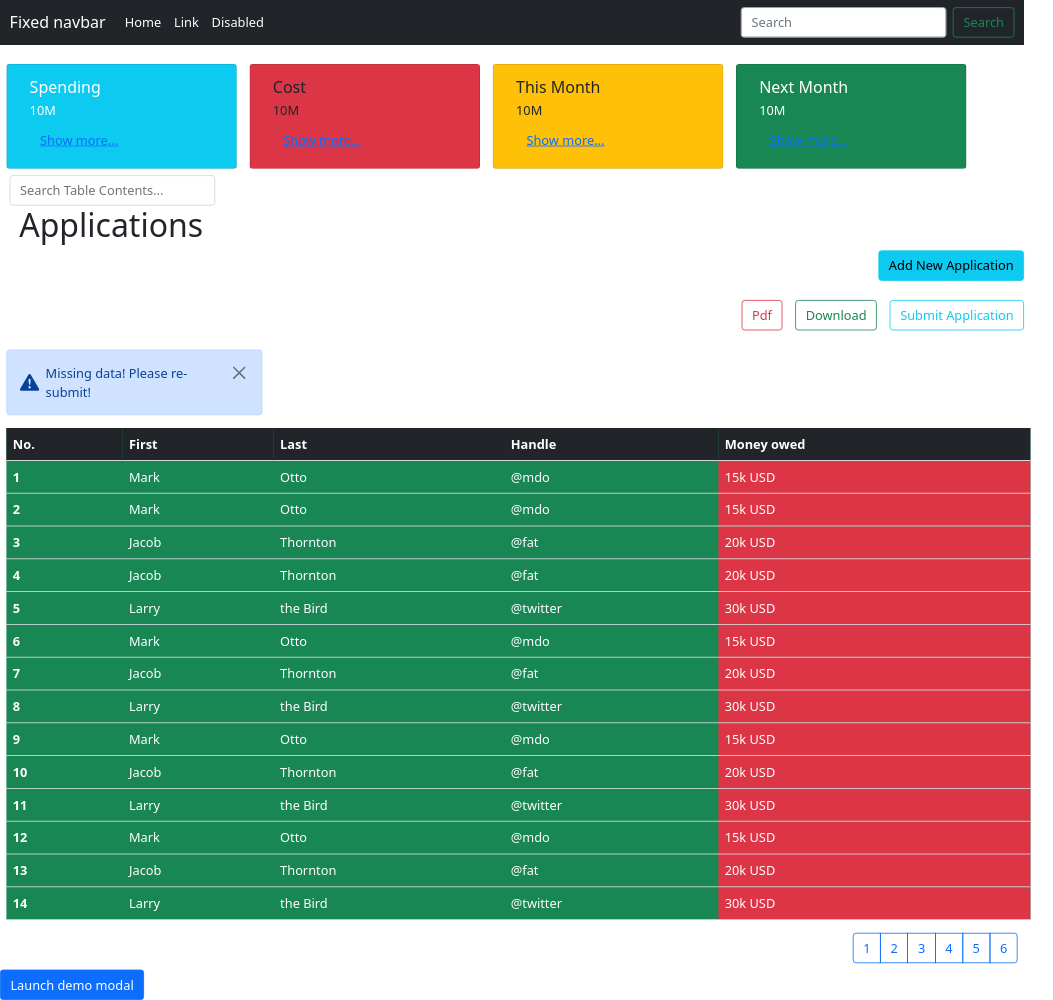
Repository: Dayvid0/BOOTSTRAP-TUTORIALS
Page: BOOTSTRAP-GRID-LAYOUTS/zylo.html
An editor plug-in stored every save of this project. The page is shown before and after the next save, followed by the edit.
The browser window is 1280 px wide. The page is 1316 px wide, so the pictures cover 1316 px, including what lies to the right of the window. The pictures show the whole page, at 80% of full size.

Above is the page before, as saved 2025-02-01 12:22:49.

### BOOTSTRAP-GRID-LAYOUTS/zylo.html
<!doctype html>
<html lang="en">
  <head>
    <!-- Required meta tags -->
    <meta charset="utf-8">
    <meta name="viewport" content="width=device-width, initial-scale=1">
    <!-- Bootstrap CSS -->
    <link href="https://cdn.jsdelivr.net/npm/bootstrap@5.0.2/dist/css/bootstrap.min.css" rel="stylesheet" integrity="sha384-EVSTQN3/azprG1Anm3QDgpJLIm9Nao0Yz1ztcQTwFspd3yD65VohhpuuCOmLASjC" crossorigin="anonymous">
    <title>ZYLO</title>
    <style>
      body {
      min-height: 75rem;
      padding-top: 4.5rem;
}
    </style>
  </head>
  <body>
    <div class="container-fluid">
      <div class="row">
          <div class="card m-2 col-md-3 bg-info text-white" style="width: 18rem;">
              <div class="card-body">
                  <h5 class="card-title">Spending</h5>
                  <h6>10M</h6>
                  <a href="#" class="btn btn-link" data-bs-toggle="collapse" data-bs-target="#showSpending">
                      Show more...
                  </a>
              </div>
      <!-- Collapsible Message -->
      <div class="collapse bg-warning p-2" id="showSpending">
          Div showing Spending
      </div>
  </div>
        <div class="card m-2 col-md-3 bg-danger" style="width: 18rem;">
          <div class="card-body">
            <h5 class="card-title">Cost</h5>
            <h6>10M</h6>
            <a href="#" class="btn btn-link" data-bs-toggle="collapse" data-bs-target="#showCost">
              Show more...
          </a>
          </div>
        </div>
          <!-- Collapsible Message -->
      <div class="collapse bg-warning p-2" id="showCost">
        Div showing Spending
    </div>
        <div class="card m-2 col-md-3 bg-warning" style="width: 18rem;">
          <div class="card-body">
            <h5 class="card-title">This Month</h5>
            <h6>10M</h6>
            <a href="#" class="btn btn-link" data-bs-toggle="collapse" data-bs-target="#showThismonth">
              Show more...
          </a>
          </div>
        </div>
        <!-- Collapsible Message -->
      <div class="collapse bg-warning p-2" id="showThismonth">
        Div showing Spending
    </div>
        <div class="card m-2 col-md-3 bg-success text-white" style="width: 18rem;">
          <div class="card-body">
            <h5 class="card-title">Next Month</h5>
            <h6>10M</h6>
            <a href="#" class="btn btn-link" data-bs-toggle="collapse" data-bs-target="#showNextmonth">
              Show more...
          </a>
          </div>
        </div>
        <!-- Collapsible Message -->
      <div class="collapse bg-warning p-2" id="showNextmonth">
        Div showing Spending
    </div>
      </div>
    </div>
    <nav class="navbar navbar-expand-md navbar-dark fixed-top bg-dark">
      <div class="container-fluid">
        <a class="navbar-brand" href="#">Fixed navbar</a>
        <button class="navbar-toggler" type="button" data-bs-toggle="collapse" data-bs-target="#navbarCollapse" aria-controls="navbarCollapse" aria-expanded="false" aria-label="Toggle navigation">
          <span class="navbar-toggler-icon"></span>
        </button>
        <div class="collapse navbar-collapse" id="navbarCollapse">
          <ul class="navbar-nav me-auto mb-2 mb-md-0">
            <li class="nav-item">
              <a class="nav-link active" aria-current="page" href="#">Home</a>
            </li>
            <li class="nav-item">
              <a class="nav-link active" href="#">Link</a>
            </li>
            <li class="nav-item">
              <a class="nav-link active" href="#" tabindex="-1" aria-disabled="true">Disabled</a>
            </li>
          </ul>
          <form class="d-flex">
            <input class="form-control me-2" type="search" placeholder="Search" aria-label="Search">
            <button class="btn btn-outline-success" type="submit">Search</button>
          </form>
        </div>
      </div>
    </nav>
      <div class="row  ">
        <input class="form-control  mx-4 w-auto " type="search" placeholder="Search Table Contents..." aria-label="Search">
        <h1 class="mx-4">Applications</h1>
      </div>
      <!--buttons-->
      <div class="col d-flex  justify-content-end pb-4">
            <button type="button" class="btn btn-info" data-bs-toggle="modal" data-bs-target="#exampleModal">
              Add New Application</button>
        </div>
      </div>
      <div class="col pb-4 d-flex gap-3 justify-content-end align-items ">
        <button type="button" class="btn btn-outline-danger">Pdf</button>
        <button type="button" class="btn btn-outline-success">Download</button>
        <button type="button" class="btn btn-outline-info">Submit Application</button>
      </div>
      <!--Alerts-->
      <div class="alert alert-primary d-flex align-items-left  w-25 mx-2" role="alert">
        <div class="d-flex align-items-center w-">
            <svg xmlns="http://www.w3.org/2000/svg" width="24" height="24" fill="currentColor" class="bi bi-exclamation-triangle-fill flex-shrink-0 me-2" viewBox="0 0 16 16" role="img" aria-label="Warning:">
                <path d="M8.982 1.566a1.13 1.13 0 0 0-1.96 0L.165 13.233c-.457.778.091 1.767.98 1.767h13.713c.889 0 1.438-.99.98-1.767L8.982 1.566zM8 5c.535 0 .954.462.9.995l-.35 3.507a.552.552 0 0 1-1.1 0L7.1 5.995A.905.905 0 0 1 8 5zm.002 6a1 1 0 1 1 0 2 1 1 0 0 1 0-2z"/>
            </svg>
            <div>
                Missing data! Please re-submit!
            </div>
        </div>
        <button type="button" class="btn-close ms-auto" data-bs-dismiss="alert" aria-label="Close"></button>
    </div>
      <!--End of alerts-->
    <table class="table table-hover mx-2 bg-success text-white">
      <thead class="bg-dark text-white">
        <tr >
          <th scope="col">No.</th>
          <th scope="col">First</th>
          <th scope="col">Last</th>
          <th scope="col">Handle</th>
          <th scope="col">Money owed</th>
        </tr>
      </thead>
      <tbody>
        <tr>
          <th scope="row">1</th>
          <td>Mark</td>
          <td>Otto</td>
          <td>@mdo</td>
          <td class="bg-danger">15k USD</td>
        </tr>
        <tr>
          <th scope="row">2</th>
          <td>Mark</td>
          <td>Otto</td>
          <td>@mdo</td>
          <td class="bg-danger">15k USD</td>
        </tr>
        <tr>
          <th scope="row">3</th>
          <td>Jacob</td>
          <td>Thornton</td>
          <td>@fat</td>
          <td class="bg-danger">20k USD</td>
        </tr>
        <tr>
          <tr>
            <th scope="row">4</th>
            <td>Jacob</td>
            <td>Thornton</td>
            <td>@fat</td>
            <td class="bg-danger">20k USD</td>
          </tr>
          <tr>
          <th scope="row">5</th>
          <td >Larry </td>
          <td>the Bird</td>
          <td>@twitter</td>
          <td class="bg-danger">30k USD</td>
        </tr>
        <tr>
          <th scope="row">6</th>
          <td>Mark</td>
          <td>Otto</td>
          <td>@mdo</td>
          <td class="bg-danger">15k USD</td>
        </tr>
        <tr>
          <th scope="row">7</th>
          <td>Jacob</td>
          <td>Thornton</td>
          <td>@fat</td>
          <td class="bg-danger">20k USD</td>
        </tr>
        <tr>
          <th scope="row">8</th>
          <td>Larry </td>
          <td>the Bird</td>
          <td>@twitter</td>
          <td class="bg-danger">30k USD</td>
        </tr>
        <tr>
          <th scope="row">9</th>
          <td>Mark</td>
          <td>Otto</td>
          <td>@mdo</td>
          <td class="bg-danger">15k USD</td>
        </tr>
        <tr>
          <th scope="row">10</th>
          <td>Jacob</td>
          <td>Thornton</td>
          <td>@fat</td>
          <td class="bg-danger">20k USD</td>
        </tr>
        <tr>
          <th scope="row">11</th>
          <td>Larry </td>
          <td>the Bird</td>
          <td>@twitter</td>
          <td class="bg-danger">30k USD</td>
        </tr>
        <tr>
          <th scope="row">12</th>
          <td>Mark</td>
          <td>Otto</td>
          <td>@mdo</td>
          <td class="bg-danger">15k USD</td>
        </tr>
        <tr>
          <th scope="row">13</th>
          <td>Jacob</td>
          <td>Thornton</td>
          <td>@fat</td>
          <td class="bg-danger">20k USD</td>
        </tr>
        <tr>
          <th scope="row">14</th>
          <td>Larry </td>
          <td>the Bird</td>
          <td>@twitter</td>
          <td class="bg-danger">30k USD</td>
        </tr>
      </tbody>
    </table>
    <div class="d-flex justify-content-end m-2">
    <div class="btn-group" role="group" aria-label="Basic example">
      <button type="button" class="btn btn-outline-primary">1</button>
      <button type="button" class="btn btn-outline-primary ">2</button>
      <button type="button" class="btn btn-outline-primary">3</button>
      <button type="button" class="btn btn-outline-primary">4</button>
      <button type="button" class="btn btn-outline-primary ">5</button>
      <button type="button" class="btn btn-outline-primary">6</button>
    </div>
  </div>
  <!-- Button trigger modal -->
<button type="button" class="btn btn-primary" data-bs-toggle="modal" data-bs-target="#exampleModal">
  Launch demo modal
</button>
<!-- Modal -->
<div class="modal fade" id="exampleModal" tabindex="-1" aria-labelledby="exampleModalLabel" aria-hidden="true">
  <div class="modal-dialog">
    <div class="modal-content">
      <div class="modal-header">
        <h5 class="modal-title" id="exampleModalLabel">NEW APPLICATION</h5>
        <button type="button" class="btn-close" data-bs-dismiss="modal" aria-label="Close"></button>
      </div>
      <div class="modal-body">
        Live demo
Toggle a working modal demo by clicking the button below. It will slide down and fade in from the top of the page.
      </div>
      <div class="modal-footer">
        <button type="button" class="btn btn-secondary" data-bs-dismiss="modal">Close</button>
        <button type="button" class="btn btn-primary">Download</button>
        <button type="button" class="btn btn-success">PDF</button>
        <button type="button" class="btn btn-info">Print</button>
      </div>
    </div>
  </div>
</div>
    <script src="https://cdn.jsdelivr.net/npm/bootstrap@5.0.2/dist/js/bootstrap.bundle.min.js" integrity="sha384-MrcW6ZMFYlzcLA8Nl+NtUVF0sA7MsXsP1UyJoMp4YLEuNSfAP+JcXn/tWtIaxVXM" crossorigin="anonymous"></script>
  </body>
</html>

After the next save:
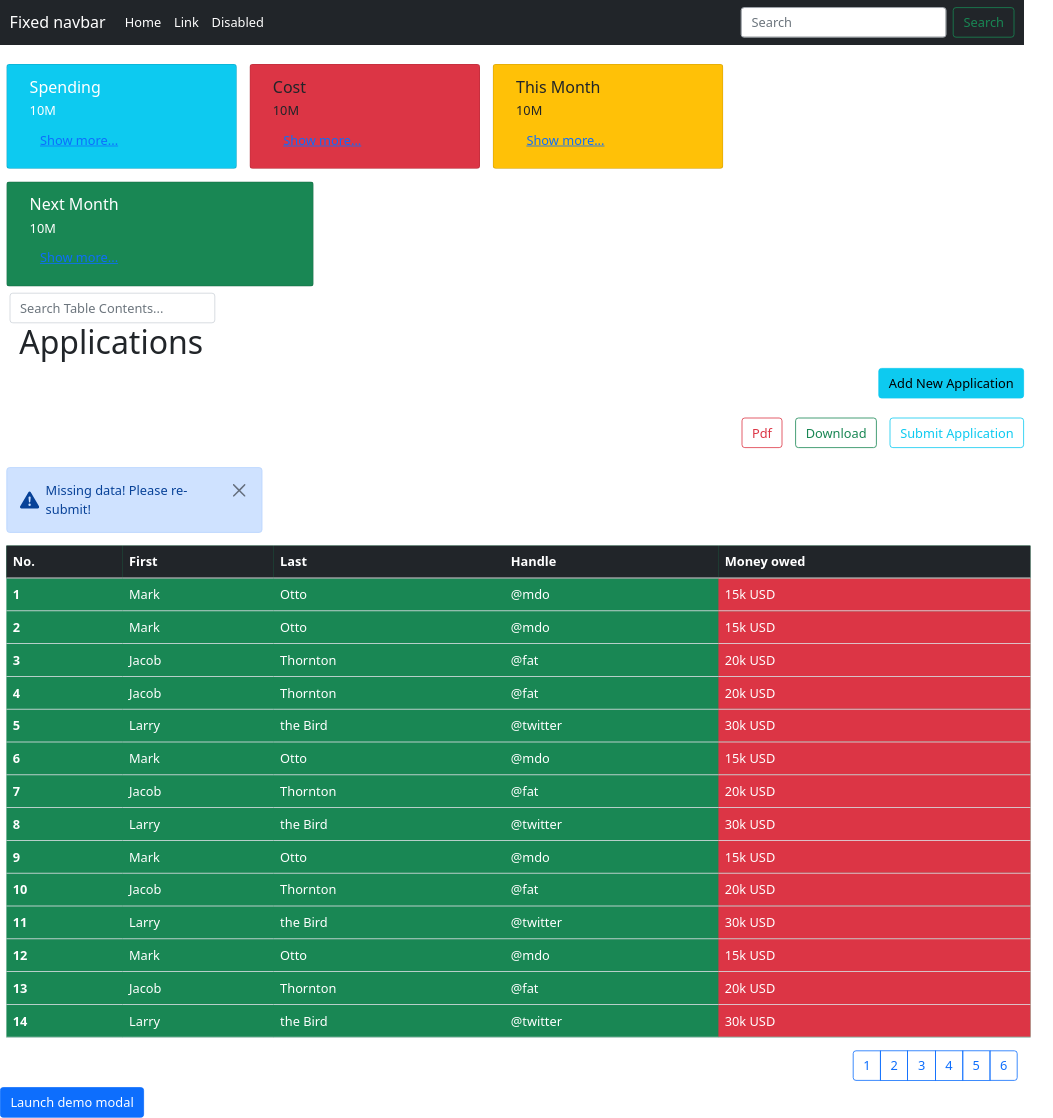
Saved 62 s later.
--- a/BOOTSTRAP-GRID-LAYOUTS/zylo.html
+++ b/BOOTSTRAP-GRID-LAYOUTS/zylo.html
@@ -56,7 +56,7 @@
       <div class="collapse bg-warning p-2" id="showThismonth">
         Div showing Spending
     </div>
-        <div class="card m-2 col-md-3 bg-success text-white" style="width: 18rem;">
+        <div class="card m-2 col-md-3 bg-success text-white" style="width: 24rem;">
           <div class="card-body">
             <h5 class="card-title">Next Month</h5>
             <h6>10M</h6>
